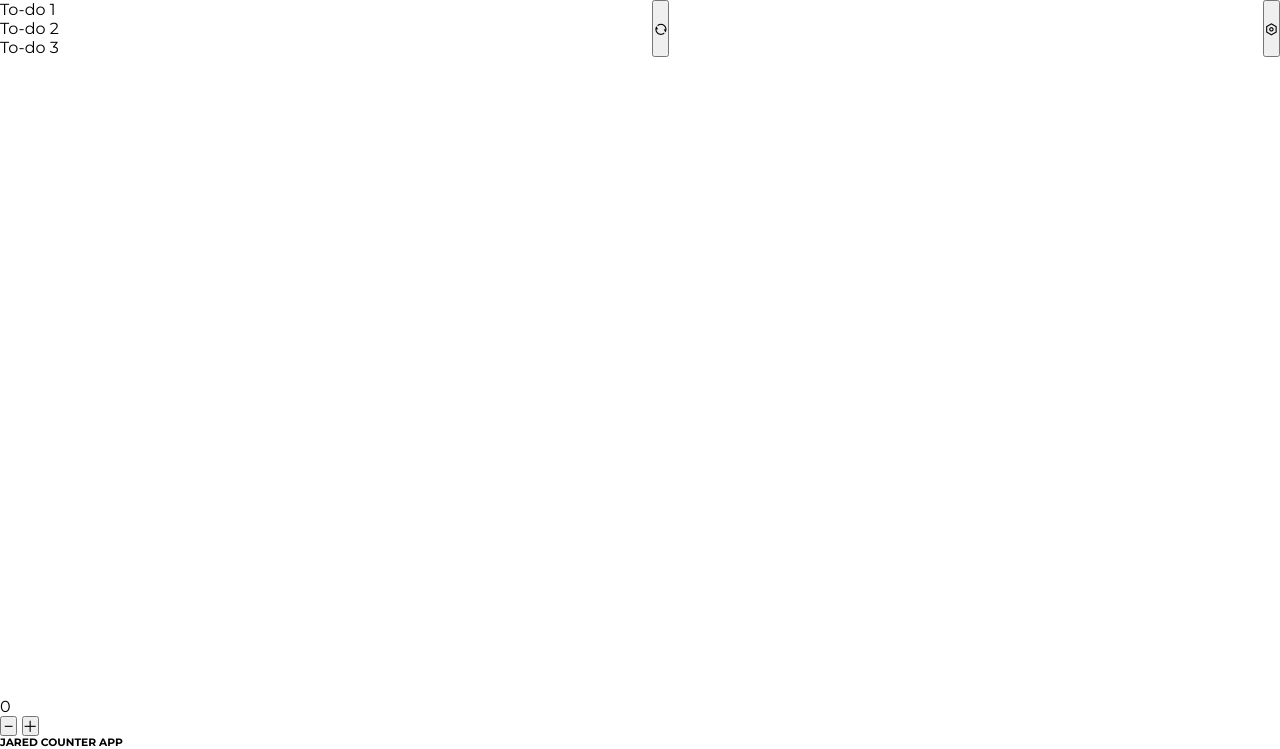
Repository: EguJaredoBoyd/Jared-Counter-App
Page: index.html
An editor plug-in stored every save of this project. The page is shown before and after the next save, followed by the edit.
The browser window is 1280 px wide. The pictures show the whole page.

Above is the page before, as saved 2025-11-17 21:47:41.

### index.html
<!DOCTYPE html>
<html lang="en">

<head>
    <meta charset="UTF-8">
    <meta name="viewport" content="width=device-width, initial-scale=1.0">
    <title>Document</title>
    <link rel="preconnect" href="https://fonts.googleapis.com">
    <link rel="preconnect" href="https://fonts.gstatic.com" crossorigin>
    <link href="https://fonts.googleapis.com/css2?family=Montserrat:ital,wght@0,100..900;1,100..900&display=swap"
        rel="stylesheet">
    <link href="https://cdn.jsdelivr.net/npm/remixicon@4.2.0/fonts/remixicon.css" rel="stylesheet">
    <link rel="stylesheet" href="style.css">
    <script src="script.js" defer></script>
</head>

<body>
    <header>
        <ul>
            <li>To-do 1</li>
            <li>To-do 2</li>
            <li>To-do 3</li>
        </ul>
        <button id="reset"><i class="ri-refresh-line"></i></button>
        <button><i class="ri-settings-line"></i></button>
    </header>

    <main>
        <p id="start-count">0</p>
        <button id="decrement"><i class="ri-subtract-line"></i></button>
        <button id="increment"><i class="ri-add-large-line"></i></button>
    </main>

    <footer>
        <h6>JARED COUNTER APP</h6>
    </footer>







</body>

</html>

### style.css
* {
    padding: 0;
    margin: 0;
    box-sizing: border-box;
    font-family: "Montserrat", sans-serif;

}

:root {
    --primary-color: #0d1b2a;
    --secondary-color: #e0e1dd;
}

header {
    display: flex;
    justify-content: space-between;
    margin-bottom: 50%;
}

### script.js
//Get the last number clicked
let numberCount = Number(localStorage.getItem('increment')) || 0;

//Get last button clicked once the browser loads
let savedColor = localStorage.getItem('color');
let savedColor2 = localStorage.getItem('color2');
let savedColor3 = localStorage.getItem('color3')

let numberIncrement = document.querySelector('#increment');
let numberDecrement = document.getElementById('decrement');
let numberReset = document.querySelector('#reset');
let startCount = document.getElementById('start-count');

//Loads the the page with the last clicked number
startCount.textContent = numberCount;

//Uses the saved colour as a variable for the string 'red'
if (savedColor) {
    numberIncrement.style.backgroundColor = savedColor;
}
if (savedColor2) {
    numberDecrement.style.backgroundColor = savedColor2
}
if (savedColor3) {
    numberReset.style.backgroundColor = savedColor3;
}



numberIncrement.addEventListener('click', () => {
    let incrementColor = numberIncrement.style.backgroundColor = 'red';

    //Reset the other button colours
    numberDecrement.style.background = '';
    numberReset.style.background = '';

    //Save the color so it reminds user of last button clicked
    localStorage.setItem('color', incrementColor)
    //Remove colour storage for other buttons
    localStorage.removeItem('color2')
    localStorage.removeItem('color3')

    let counting = startCount.textContent = numberCount += 1;
    if (counting > 0) {
        startCount.style.color = 'green'
    }
    else if (counting === 0) {
        startCount.style.color = 'black';
    }
    if (numberCount < 0) {
        startCount.style.color = 'red'
    }

    //Save the number count to the localStorage
    localStorage.setItem('increment', numberCount);

})
numberDecrement.addEventListener('click', () => {
    let decrementColor = numberDecrement.style.backgroundColor = 'yellow';

    //Reset the other button colours
    numberIncrement.style.backgroundColor = '';
    numberReset.style.backgroundColor = '';

    //Save the color so it reminds user of last button clicked
    localStorage.setItem('color2', decrementColor)
    //Remove colour storage for other buttons
    localStorage.removeItem('color');
    localStorage.removeItem('color3')

    let negativeCounting = startCount.textContent = numberCount -= 1;
    if (negativeCounting < 0) {
        startCount.style.color = 'red'
    }
    else if (negativeCounting === 0) {
        startCount.style.color = 'black'
    }
    localStorage.setItem('increment', numberCount);
})
numberReset.addEventListener('click', () => {
    let resetColor = numberReset.style.backgroundColor = 'Blue';

    //Reset the other button colours
    numberIncrement.style.backgroundColor = '';
    numberDecrement.style.backgroundColor = '';

    //Save the color so it reminds user of last button clicked
    localStorage.setItem('color3', resetColor)
    //Remove colour storage for other buttons
    localStorage.removeItem('color');
    localStorage.removeItem('color2');

    let resetCounting = startCount.textContent = numberCount = 0;
    if (resetCounting === 0) {
        startCount.style.color = 'black'
    }
    localStorage.setItem('increment', numberCount);
})

After the next save:
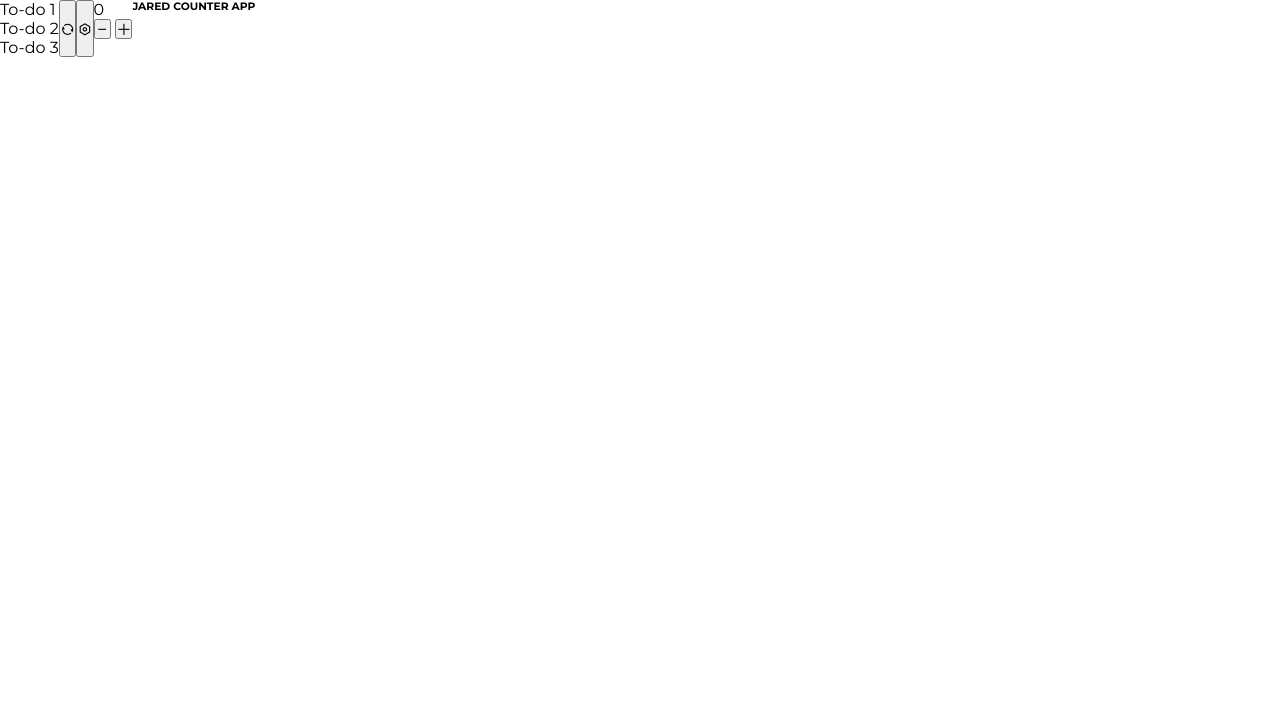
Saved 2 min 31 s later.
--- a/style.css
+++ b/style.css
@@ -11,8 +11,11 @@
     --secondary-color: #e0e1dd;
 }
 
+body {
+    display: flex;
+}
+
 header {
     display: flex;
     justify-content: space-between;
-    margin-bottom: 50%;
 }
